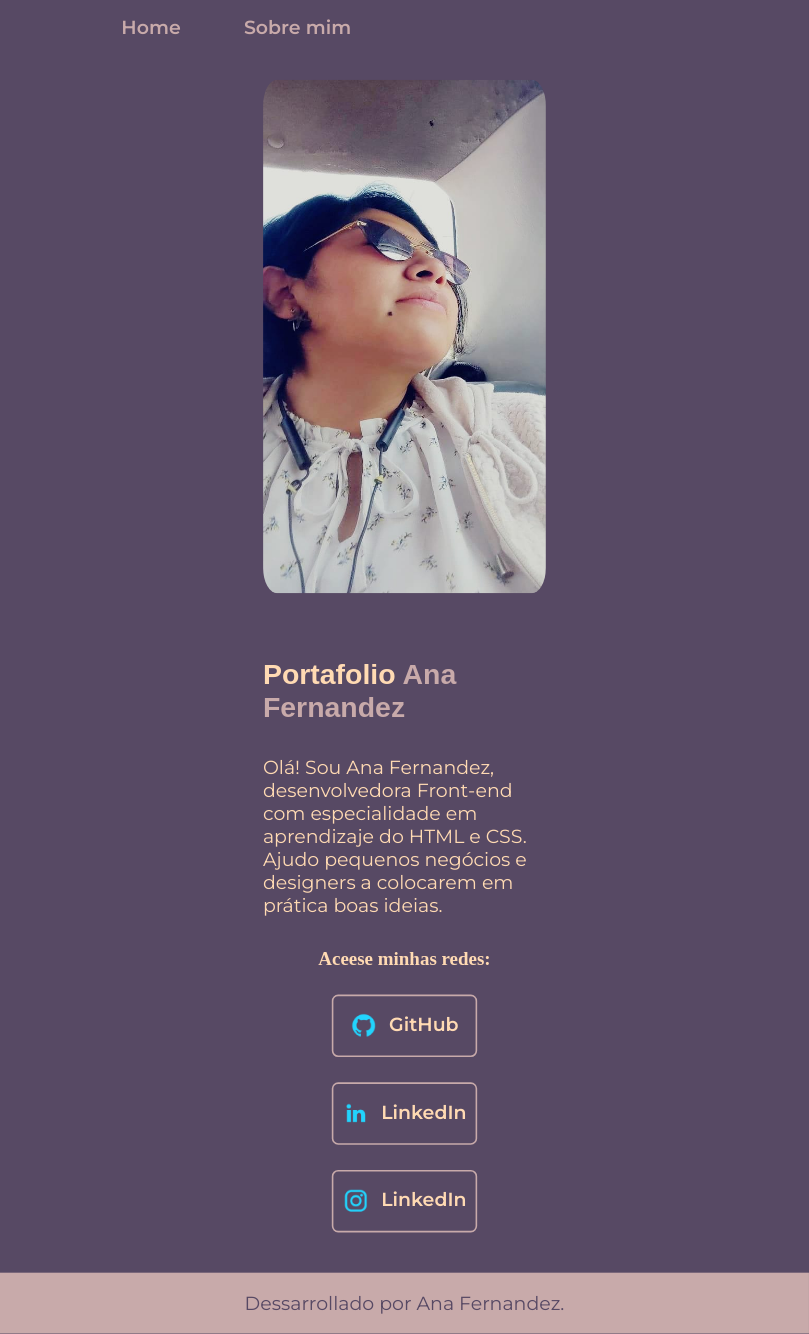
Repository: AnaFzCz/Portifolio-HTML-CSS-dinamico
Page: index.html
These files come from the project's save history. The page is drawn as it stood at one moment and after the next save; the edit follows.
The browser window is 1024 px wide. The pictures show the whole page, at 79% of full size.
Some web fonts or font styles are not loaded; a fallback is used.

Above is the page before, as saved 2025-02-11 10:50:40.

After the next save:
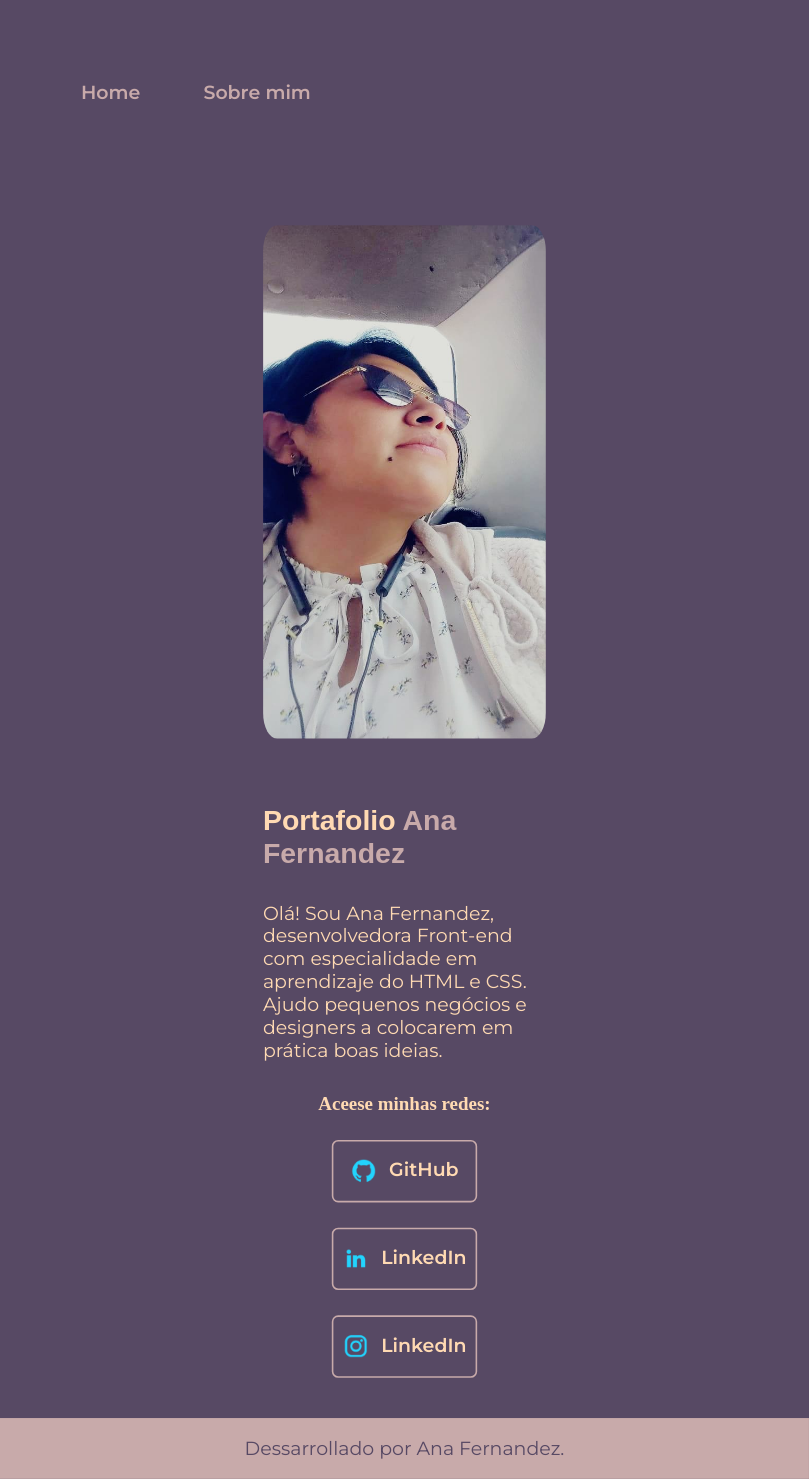
Saved 7 min 25 s later.
--- a/styles/style.css
+++ b/styles/style.css
@@ -27,7 +27,7 @@
 }
 
 .cabecalho {
-    background-color: var(--cor-primaria);
+    /* background-color: var(--cor-primaria); */
     padding: 2% 0% 0% 15%;
 
 }
@@ -142,9 +142,14 @@
 }
 
 @media(max-width:1200px) {
+    .cabecalho {
+        padding: 10%
+    }
+
     .apresentacao {
         flex-direction: column-reverse;
 
     }
 
+
 }
